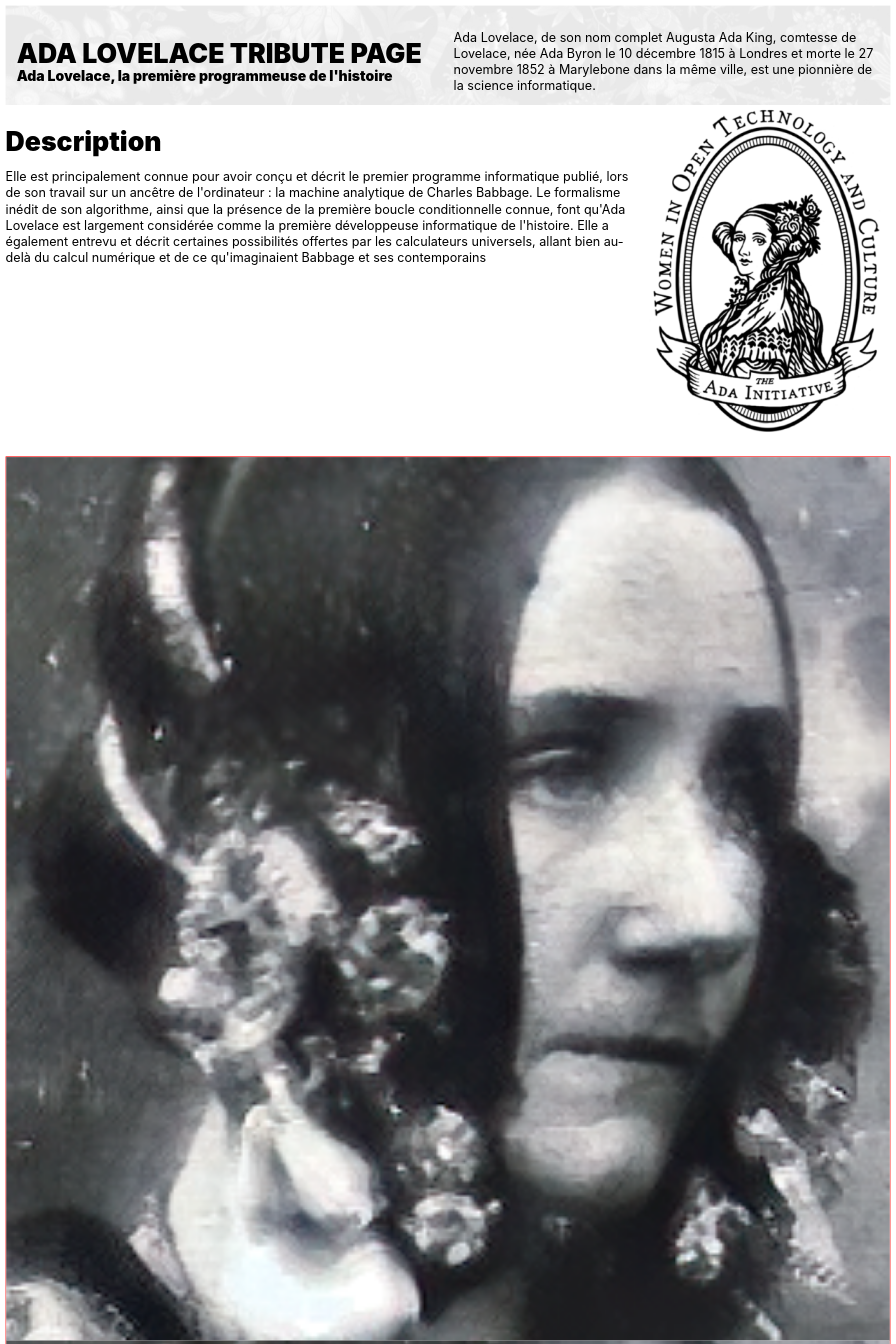
Repository: b3no1t/integration-training
Page: onepage-adalovelace/src/index.html
An editor plug-in stored every save of this project. The page is shown before and after the next save, followed by the edit.
The browser window is 1280 px wide. The pictures show the part of the page from y = 0 to 1920 px (the page is 5844 px tall), at 70% of full size.

Above is the page before, as saved 2025-01-30 09:22:06.

After the next save:
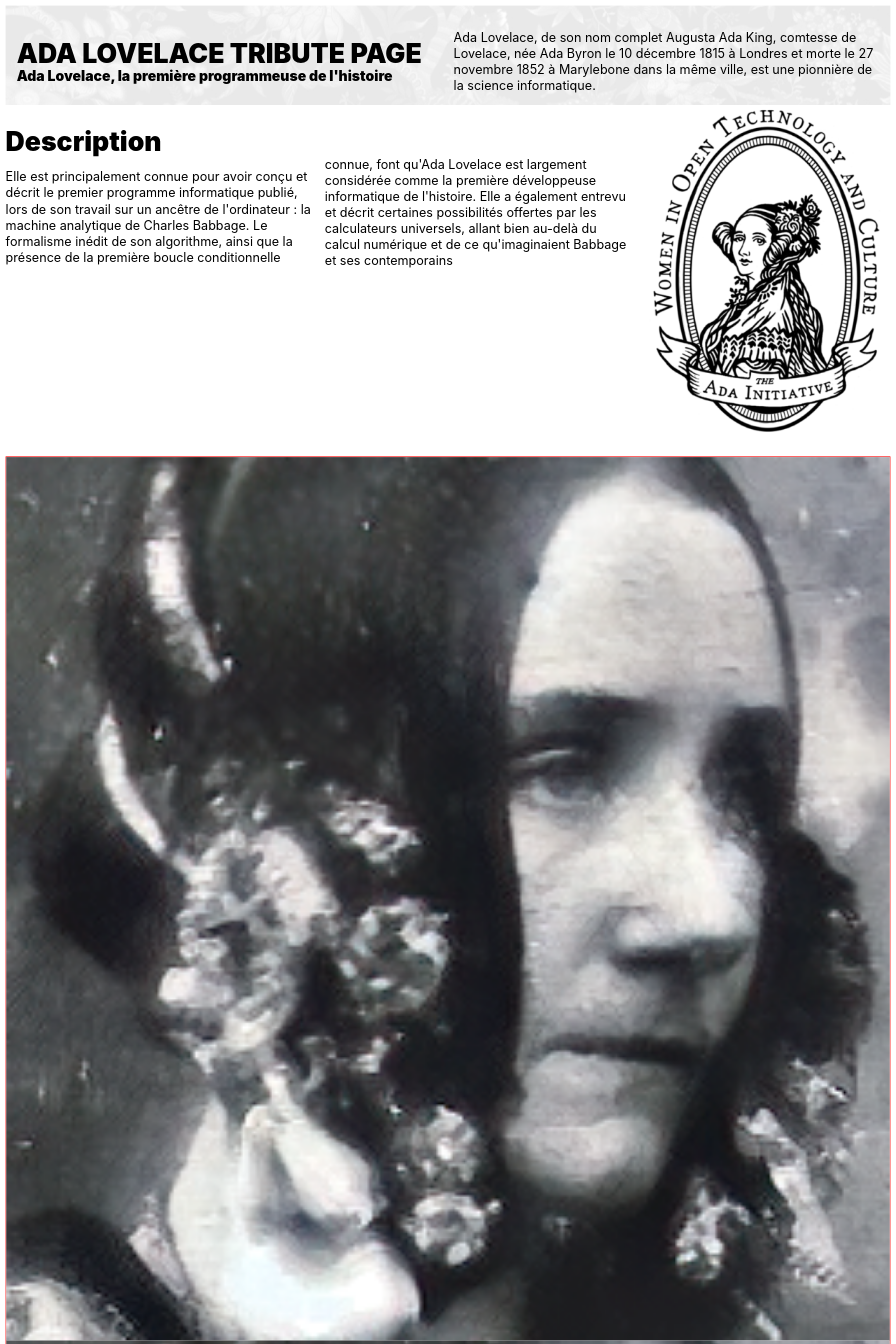
Saved 29 s later.
--- a/onepage-adalovelace/src/assets/css/_section.css
+++ b/onepage-adalovelace/src/assets/css/_section.css
@@ -71,7 +71,7 @@
     line-height: 23px;
   }
   @media (min-width: 640px) {
-    columns: 300px, 2;
+    columns: 300px 2;
     column-gap: 1em;
   }
 }
